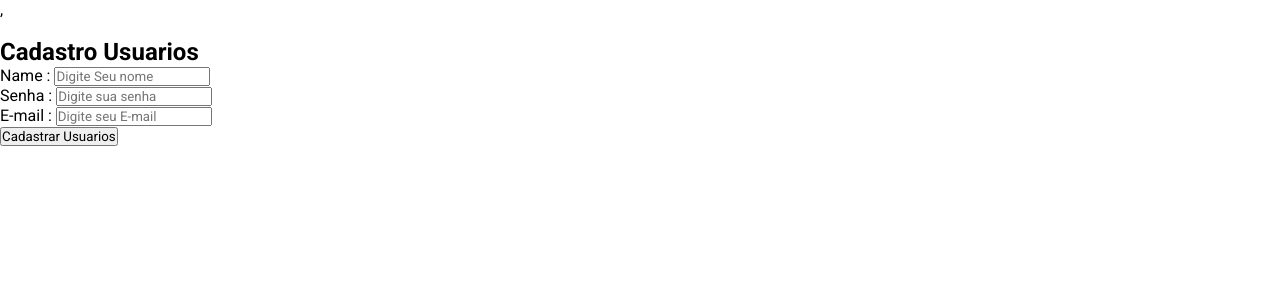
Repository: lcluizrj/meu-projeto-vscode
Page: / (app in cadastro-usuarios-devclub/)
The author's editor kept a copy of each file at every save. The page is drawn from the files as they stood at one save, then again after a run of saves.
The browser window is 1280 px wide. The pictures show the whole page.
The project was rebuilt for these pictures with package versions that can differ from the ones it lists, and the page was loaded fresh each time. Also part of the build but not shown: cadastro-usuarios-devclub/vite.config.js.

Above is the page before, as saved 2026-08-15 16:48:56.

### cadastro-usuarios-devclub/index.html
<!doctype html>
<html lang="en">
  <head>
    <meta charset="UTF-8" />
    <link rel="icon" type="image/svg+xml" href="/favicon.svg" />
    <meta name="viewport" content="width=device-width, initial-scale=1.0" />
    <title>cadastro-usuarios-devclub</title>
    <link rel="preconnect" href="https://fonts.googleapis.com">
    <link rel="preconnect" href="https://fonts.gstatic.com" crossorigin>
    <link href="https://fonts.googleapis.com/css2?family=Poppins:wght@300;600&family=Roboto:ital,wght@0,100..900;1,100..900&display=swap" rel="stylesheet">
  </head>
  <body>
    <div id="root"></div>
    <script type="module" src="/src/main.jsx"></script>
  </body>
</html>

### cadastro-usuarios-devclub/src/main.jsx
import React from 'react'
import ReactDOM from 'react-dom/client'
import {GlobalStyles} from './styles/GlobalStyles.js'
import App from './App.jsx'

ReactDOM.createRoot(document.getElementById('root')).render(
  <React.StrictMode>
    <GlobalStyles/>,
    <App />
  </React.StrictMode>,
)

### cadastro-usuarios-devclub/src/styles/GlobalStyles.js
import { createGlobalStyle } from 'styled-components';

export const GlobalStyles = createGlobalStyle`
      *{
        margin: 0;
        padding:0;
        box-sizing:border-box;
        font-family: "Roboto", sans-serif;
       }
`

### cadastro-usuarios-devclub/src/App.jsx
import {Title, Container, Topbackground, Form, ContainerInputs, InputLabel, Input, Button} from "./styles"
function Home() {

return (
  <Container>
    <Topbackground>
      <img />
    </Topbackground>

    <Form>
      <Title> Cadastro Usuarios </Title>
      <ContainerInputs>
      <div>
         <div>
         <InputLabel>
         Name <span>: </span>
         </InputLabel>
         <Input type="text" placeholder="Digite Seu nome" />
         </div>

         <div>
         <InputLabel >
          Senha <span>: </span>
          </InputLabel>
         <Input type="number" placeholder="Digite sua senha"/>
         </div>

      </div>
         <div>
         <InputLabel >
          E-mail <span>: </span>
          </InputLabel>
         <Input type="e-mail" placeholder="Digite seu E-mail"/>
         </div>
      </ContainerInputs>
         <Button>Cadastrar Usuarios</Button>
    </Form>


  </Container>
)

}

export default Home

### cadastro-usuarios-devclub/src/styles.js
import styled from 'styled-components'

export const Container = styled.div ``

export const Topbackground= styled.div``

export const Form = styled.form``

export const ContainerInputs = styled.div``

export const Input = styled.input``

export const InputLabel = styled.label``

export const Button = styled.button ``

export const Title = styled.h2 ``

After the next 4 saves:
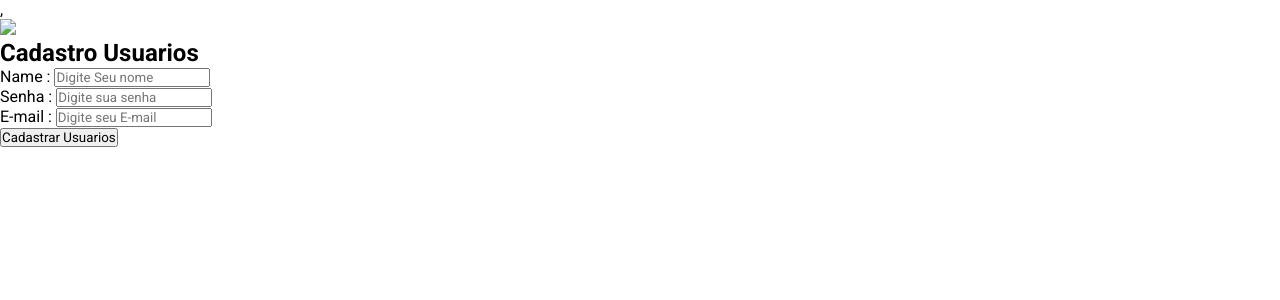
The 4 saves are shown as one change because they came seconds apart.
The last was saved 25 s later.
--- a/cadastro-usuarios-devclub/src/App.jsx
+++ b/cadastro-usuarios-devclub/src/App.jsx
@@ -4,7 +4,7 @@
 return (
   <Container>
     <Topbackground>
-      <img />
+      <img src="../" />
     </Topbackground>
 
     <Form>

After the 4 saves that followed:
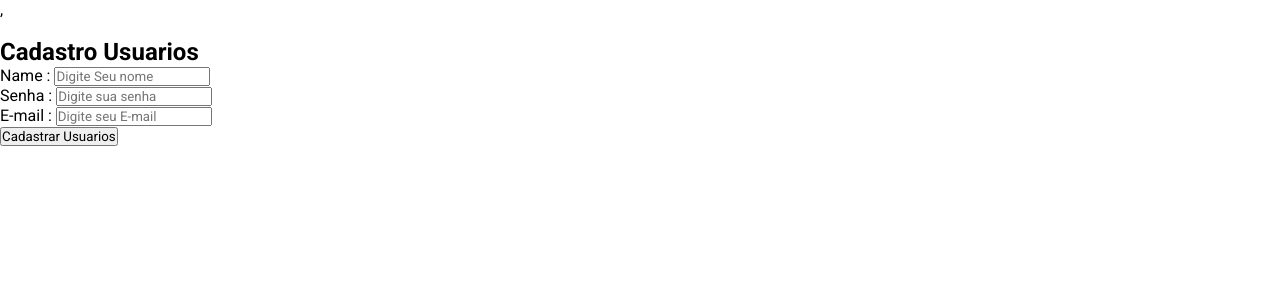
The 4 saves are shown as one change because they came seconds apart.
The last was saved 10 s later.
--- a/cadastro-usuarios-devclub/src/App.jsx
+++ b/cadastro-usuarios-devclub/src/App.jsx
@@ -4,7 +4,7 @@
 return (
   <Container>
     <Topbackground>
-      <img src="../" />
+      <img src="" />
     </Topbackground>
 
     <Form>
